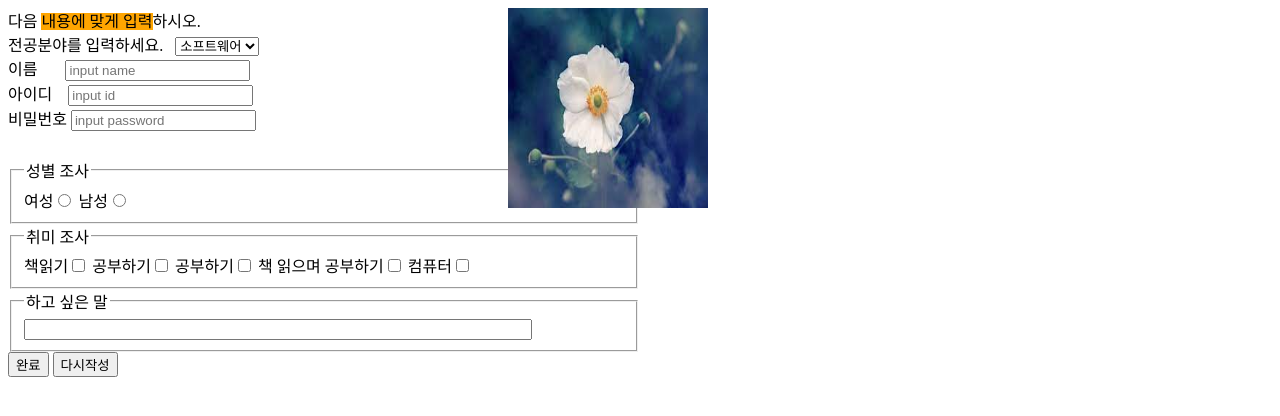
Repository: jwlee0714/HTML
Page: html/quiz-설문조사.html
The author's editor kept a copy of each file at every save. The page is drawn from the files as they stood at one save, then again after the next save.
The browser window is 1280 px wide. The pictures show the whole page.

Above is the page before, as saved 2021-10-05 09:14:29.

### html/quiz-설문조사.html
<!DOCTYPE html>
<html>
<head>
<meta charset="UTF-8">
<title>Insert title here</title>
</head>
<body>


	<div style="width:500px; height:150px;  float:left;">

		<span >다음</span>
		<span style="background-color:orange;">내용에 맞게 입력</span>하시오.


	<form>
		전공분야를 입력하세요. &nbsp; <select name ="select">
			<option value="p1">소프트웨어
			<option value="p2">하드웨어
			<option value="p3">정보공학
		</select>
		<br>이름&nbsp; &nbsp; &nbsp; &nbsp;<input type="text" name ="name" placeholder="input name"><br>
		아이디 &nbsp; &nbsp;<input type="text" name ="id" placeholder="input id"><br>
		비밀번호 <input type="password" name="pwd" placeholder="input password"><br>
	</form>
	</div>

	<div style="width:500px; height:150px;  float:left;">
	  <img src="img/다운로드.jfif" width="200" height="200">
	</div>



<fieldset style="width:600px;">
		<legend>성별 조사 </legend>
		여성<input type="radio">
		남성<input type="radio">
</fieldset>
<fieldset style="width:600px;">
		<legend>취미 조사 </legend>
		책읽기<input type="checkbox">
		공부하기<input type="checkbox">
		공부하기<input type="checkbox">
		책 읽으며 공부하기<input type="checkbox">
		컴퓨터<input type="checkbox">
</fieldset>
<fieldset style="width:600px;">
		<legend>하고 싶은 말 </legend>
		<input style= width:500px; type="text">
</fieldset>

<form action="quiz-회사소개.html" method="get">
	<input type="submit" value="완료">
	<input type="button" value="다시작성">
</form>

</body>
</html>

After the next save:
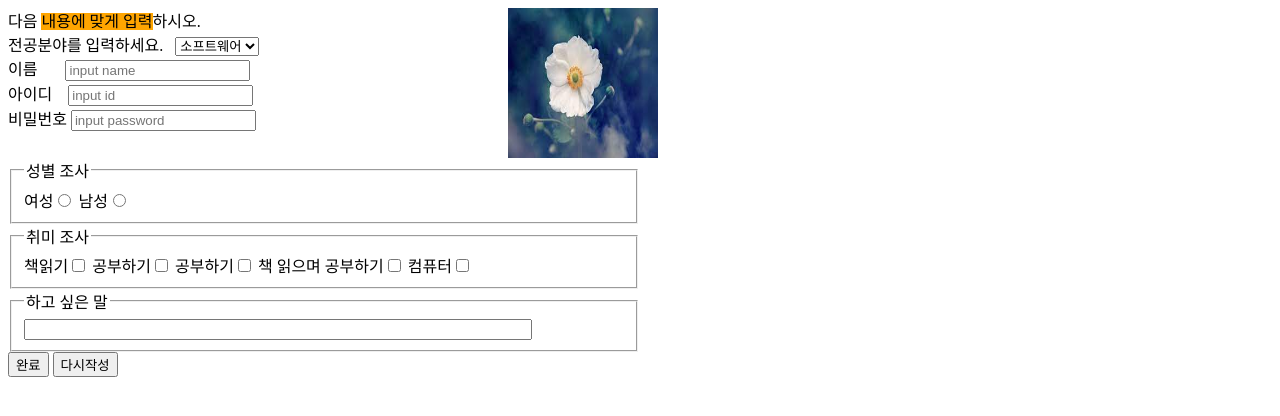
Saved 19 s later.
--- a/html/quiz-설문조사.html
+++ b/html/quiz-설문조사.html
@@ -26,7 +26,7 @@
 	</div>
 
 	<div style="width:500px; height:150px;  float:left;">
-	  <img src="img/다운로드.jfif" width="200" height="200">
+	  <img src="img/다운로드.jfif" width="150" height="150">
 	</div>
 
 
